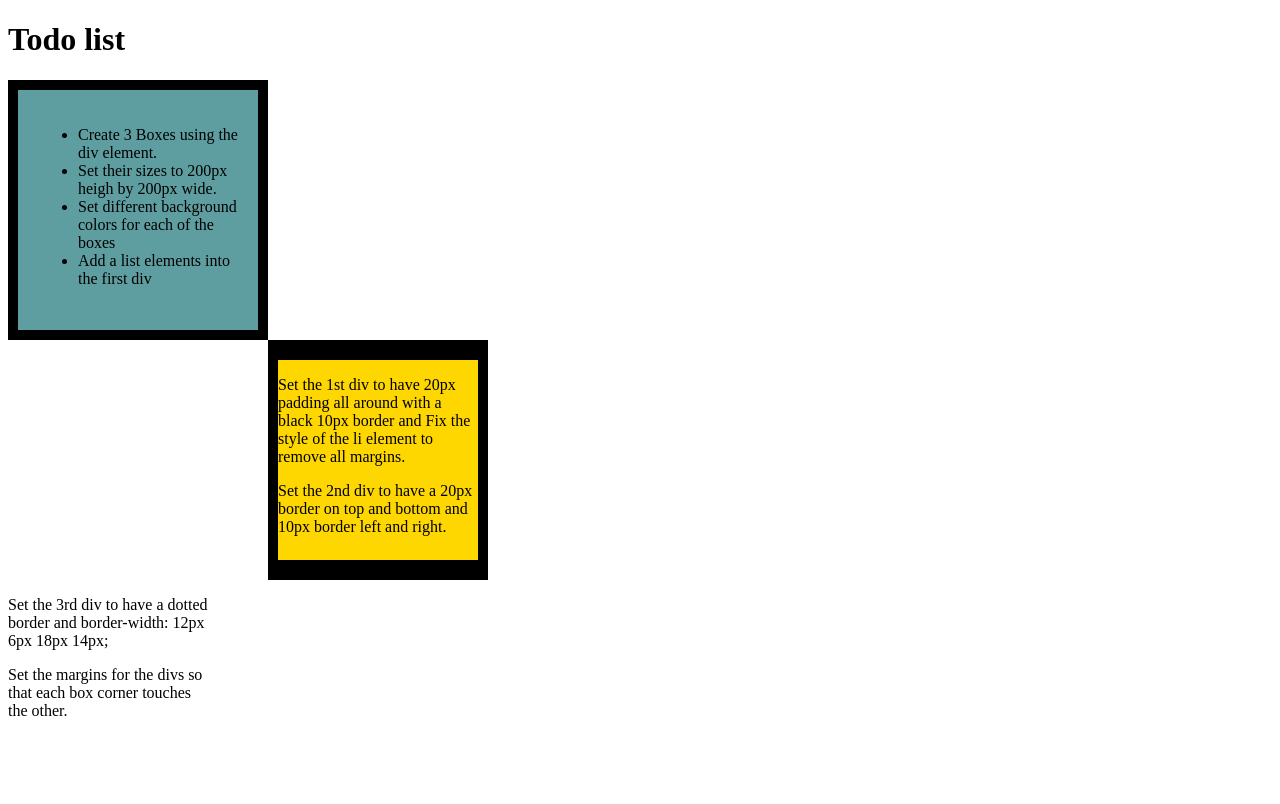
Repository: aniatot/CSS_KT
Page: 1 CSS Box Model/index.html
The author's editor kept a copy of each file at every save. The page is drawn from the files as they stood at one save, then again after the next save.
The browser window is 1280 px wide. The pictures show the whole page.

Above is the page before, as saved 2023-10-20 10:12:52.

After the next save:
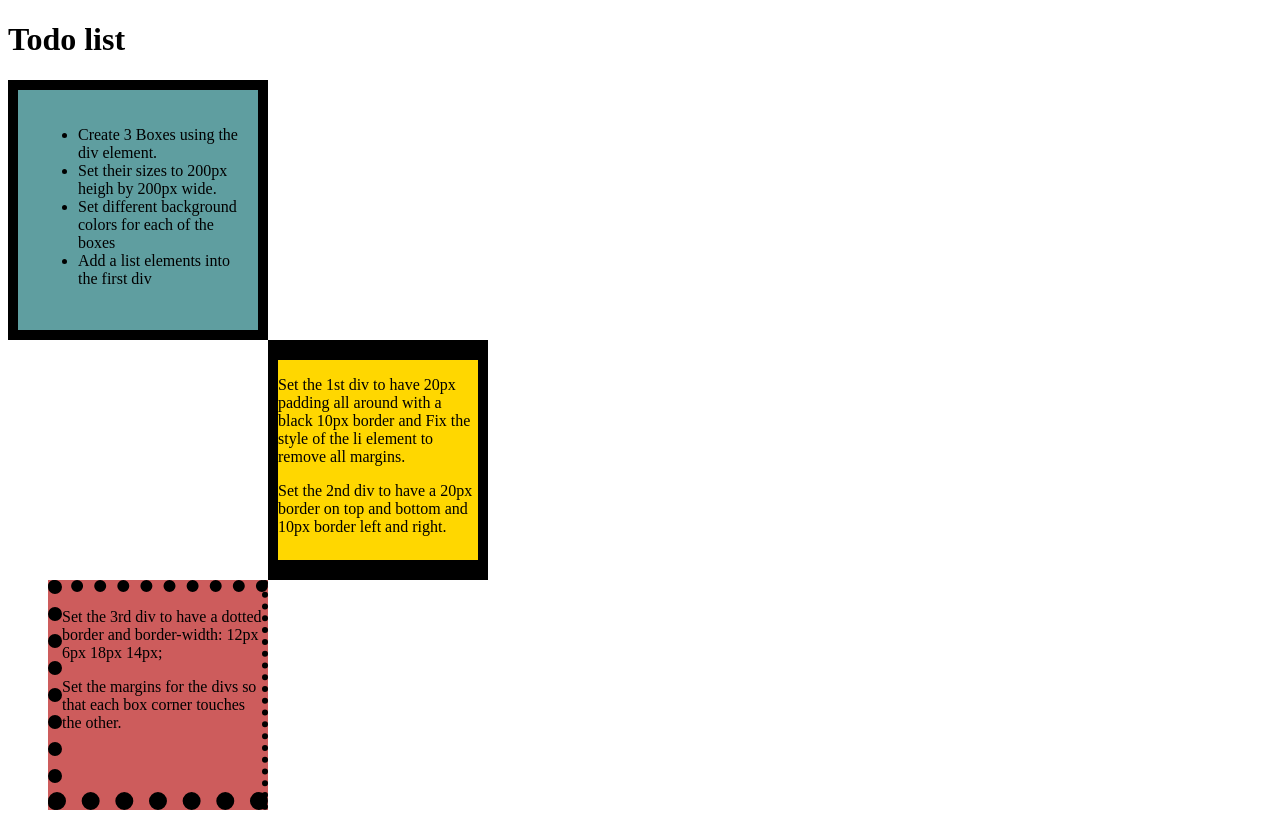
Saved 86 s later.
--- a/1 CSS Box Model/index.html
+++ b/1 CSS Box Model/index.html
@@ -28,12 +28,12 @@
       margin-left: 260px;
     }
 
-/*     #third {
+    #third {
       background-color: indianred;
       border: dotted black;
       border-width: 12px 6px 18px 14px;
       margin-left: 40px;
-    } */
+    }
   </style>
 
   </style>
